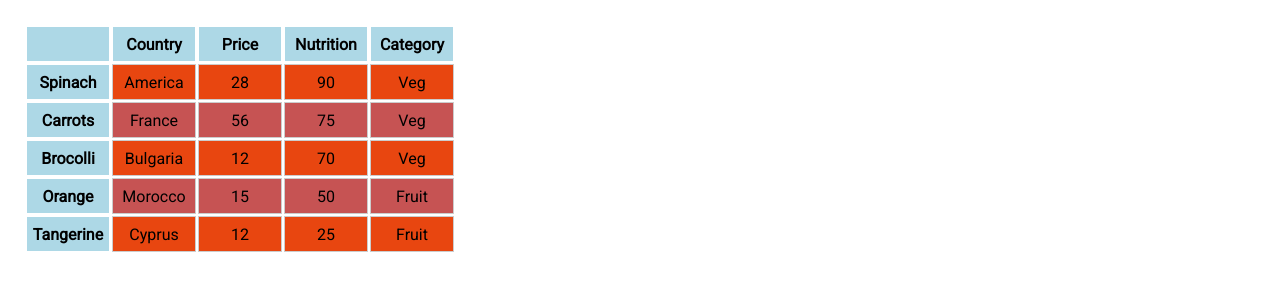
Repository: robibrutoczki/table
Page: Table.html
The author's editor kept a record of every edit. The page is drawn from the files as they stood at one moment, then again after the next edit.
The browser window is 1280 px wide. The pictures show the whole page.

Above is the page before.

After the next edit:
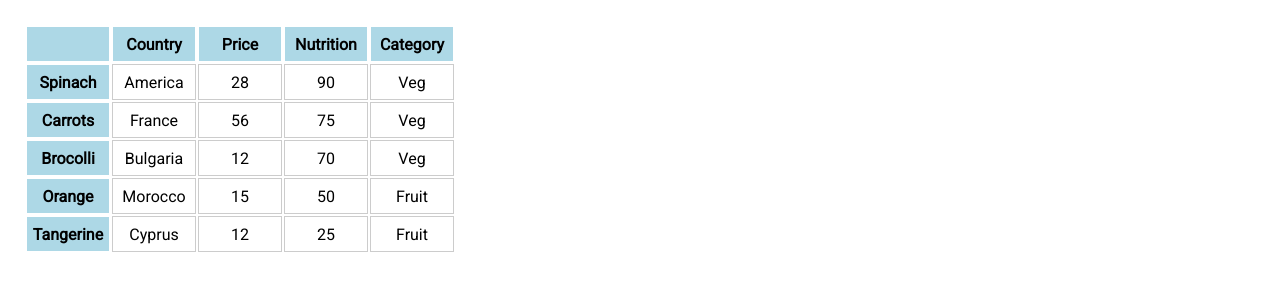
Not found: ..js/my_script.js
The edit:
--- a/Table.html
+++ b/Table.html
@@ -77,7 +77,7 @@
     </tr>
   </table>
    <script type="text/javascript" src="/js/jquery-3.4.1.min.js"></script>
-  <script type="text/javascript" src="/js/my_script.js"></script>
+  <script type="text/javascript" src="..js/my_script.js"></script>
 
 </body>
 </html>
